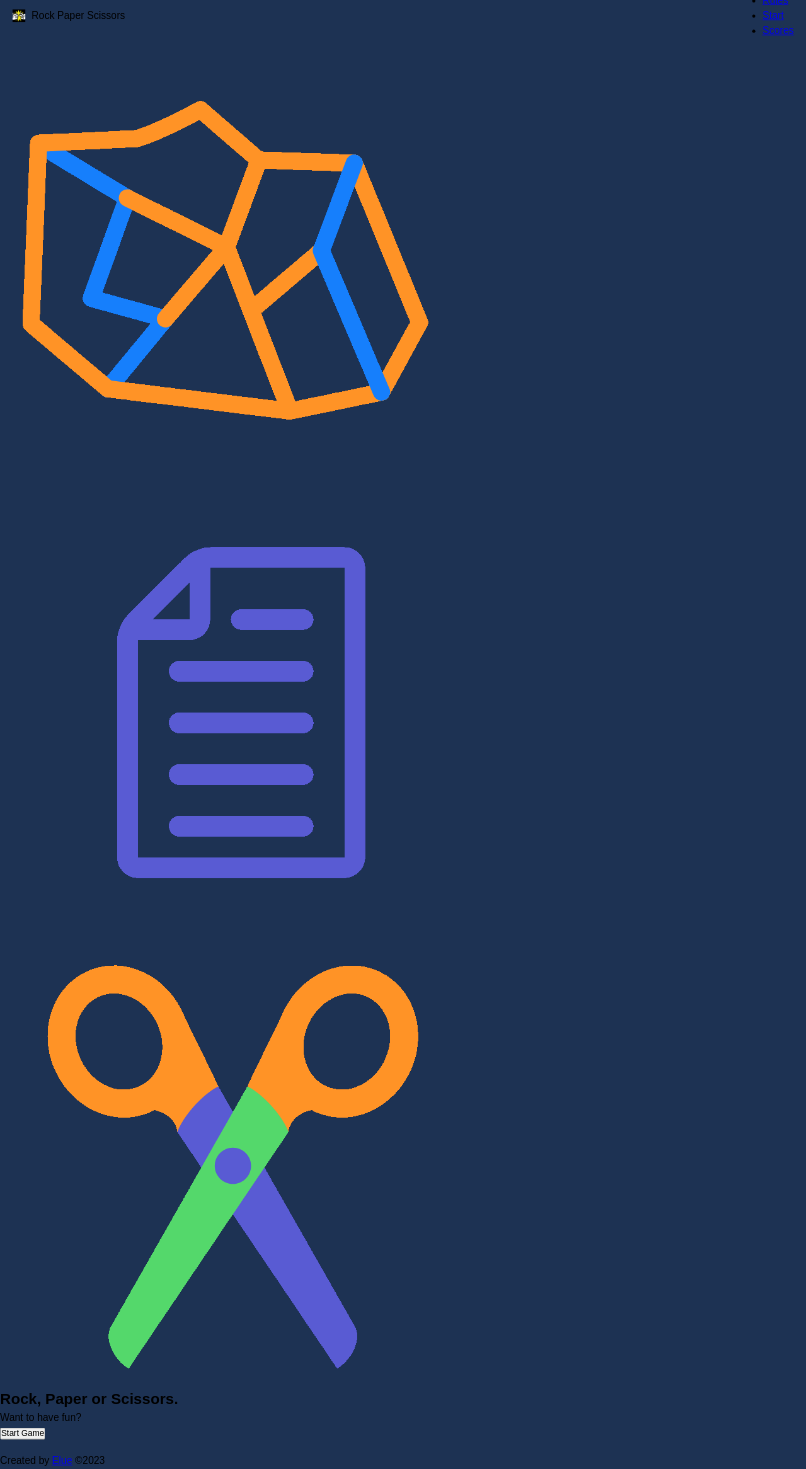
Repository: MikkyPrestige/rock-paper-scissors
Page: index.html
An editor plug-in stored every save of this project. The page is shown before and after the next save, followed by the edit.
The browser window is 1280 px wide. The pictures show the whole page, at 63% of full size.

Above is the page before, as saved 2023-05-08 04:10:21.

After the next save:
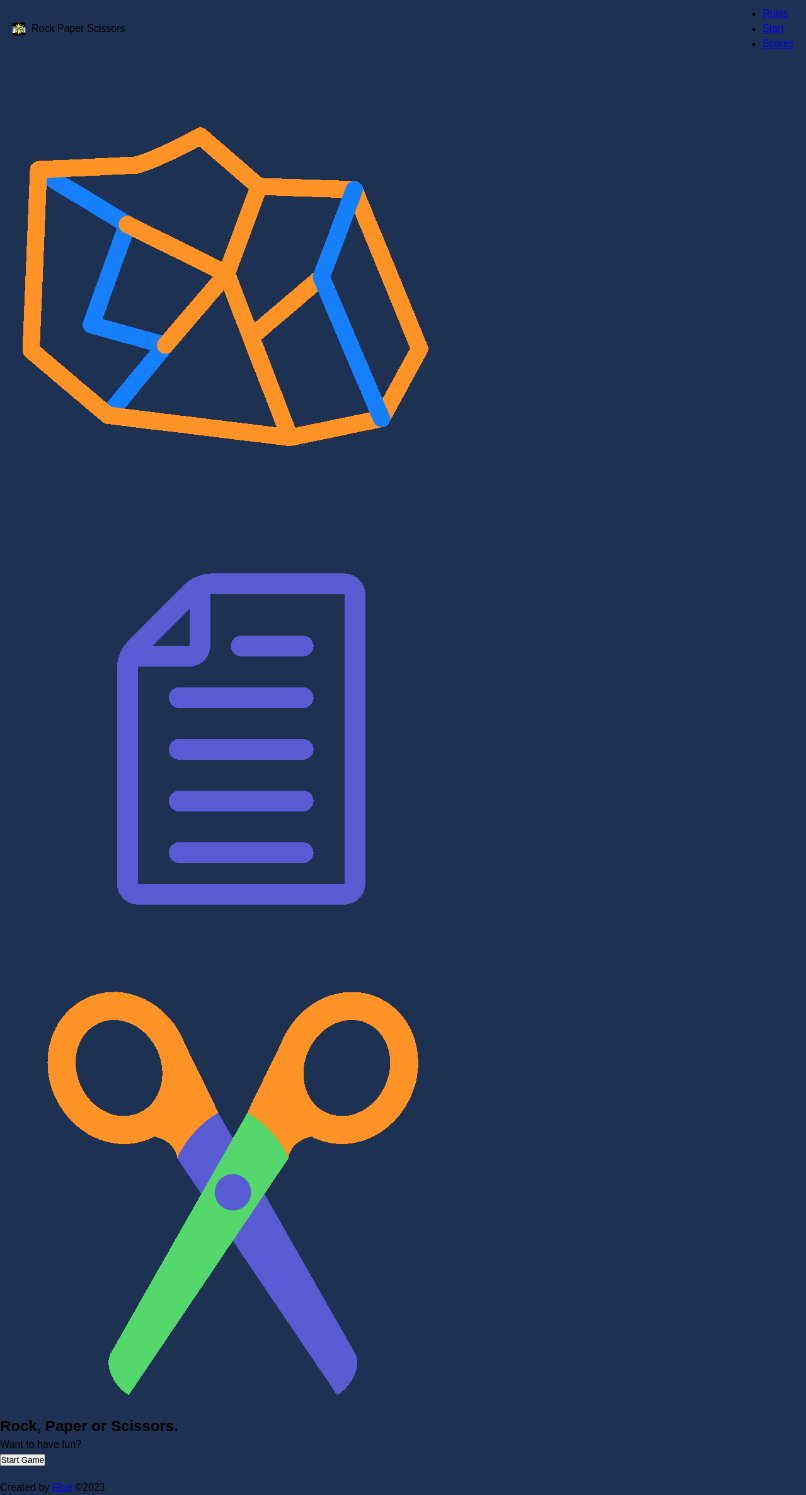
Saved 7 s later.
--- a/index.css
+++ b/index.css
@@ -34,7 +34,7 @@ header {
   align-items: center;
   padding: 1rem 2rem;
   width: 100%;
-  height: 5rem;
+  /* height: 5rem; */
   /* margin-top: 5rem; */
 }
 
